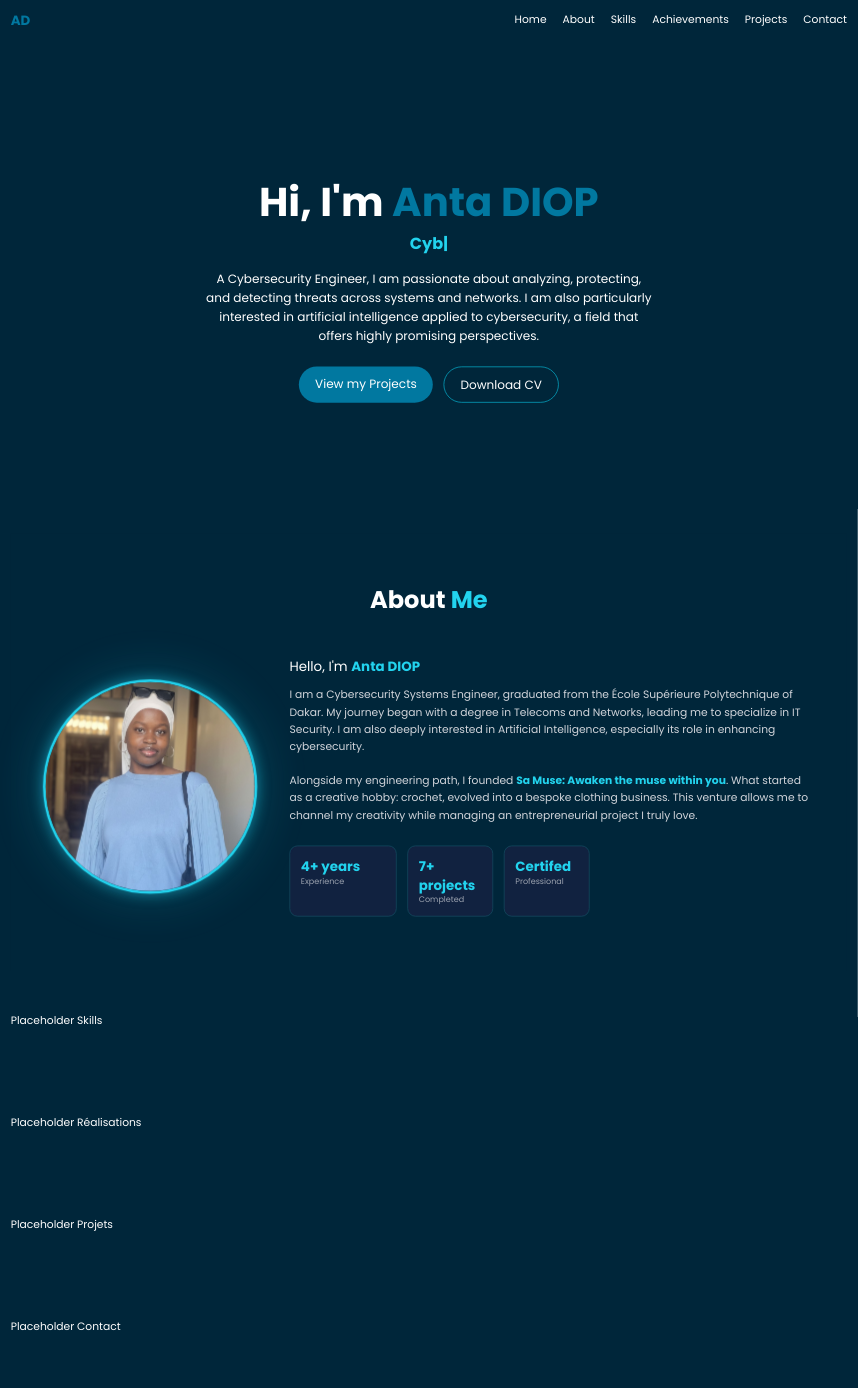
Repository: AntaaaKD/Mon-Portfolio
Page: /
The author's editor kept a copy of each file at every save. The page is drawn from the files as they stood at one save, then again after the next save.
The browser window is 1280 px wide. The pictures show the whole page, at 67% of full size.
The project was rebuilt for these pictures with package versions that can differ from the ones it lists, and the page was loaded fresh each time.

Above is the page before, as saved 2026-01-14 23:07:14.

After the next save:
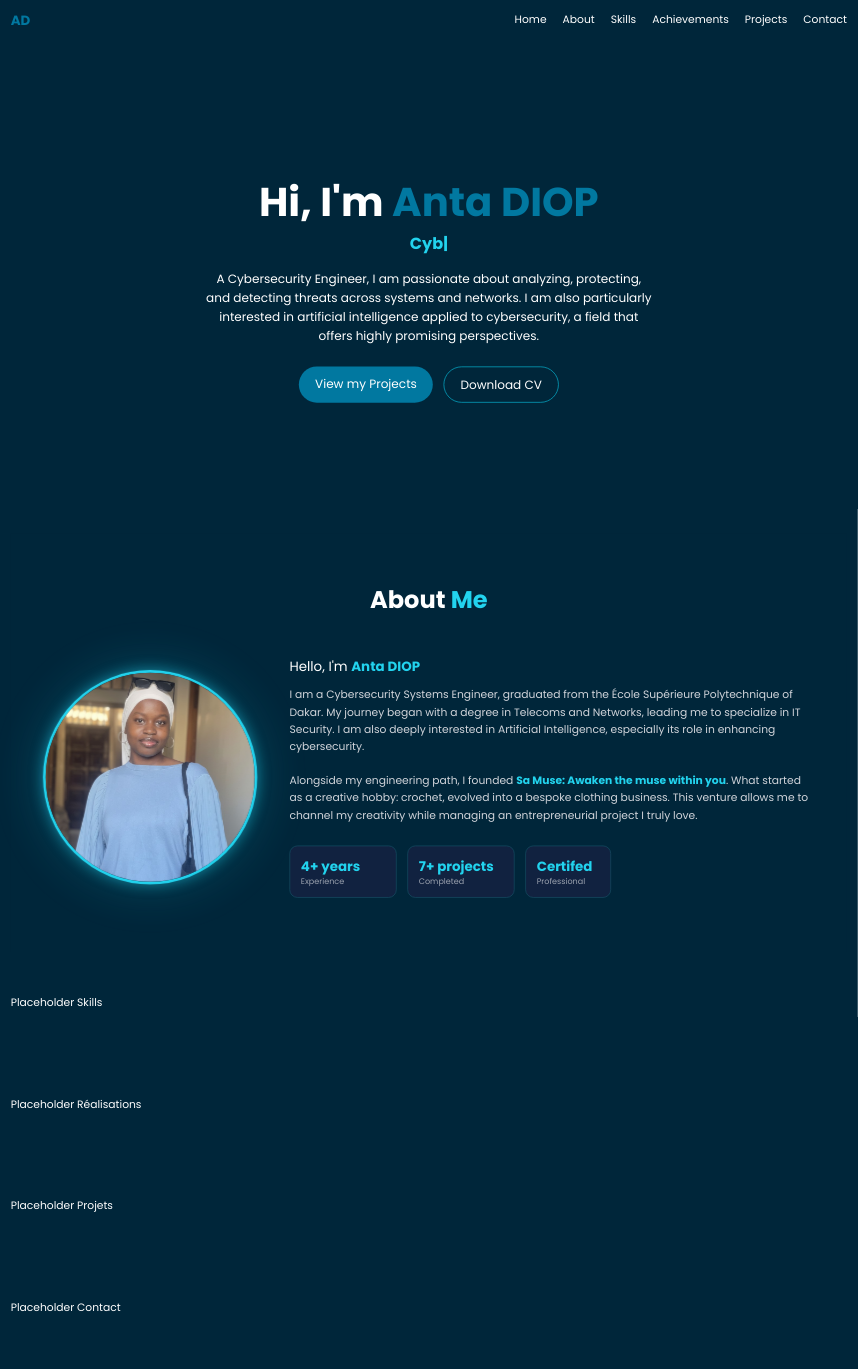
Saved 23 s later.
--- a/src/components/About.jsx
+++ b/src/components/About.jsx
@@ -44,7 +44,7 @@ const About = () => {
                 <p className="text-cyan-400 font-bold text-xl">4+ years</p>
                 <p className="text-xs text-gray-400">Experience</p>
               </div>
-              <div className="bg-[#112240] p-4 rounded-xl border border-cyan-900 w-32">
+              <div className="bg-[#112240] p-4 rounded-xl border border-cyan-900 w-40">
                 <p className="text-cyan-400 font-bold text-xl">7+ projects</p>
                 <p className="text-xs text-gray-400">Completed</p>
               </div>
